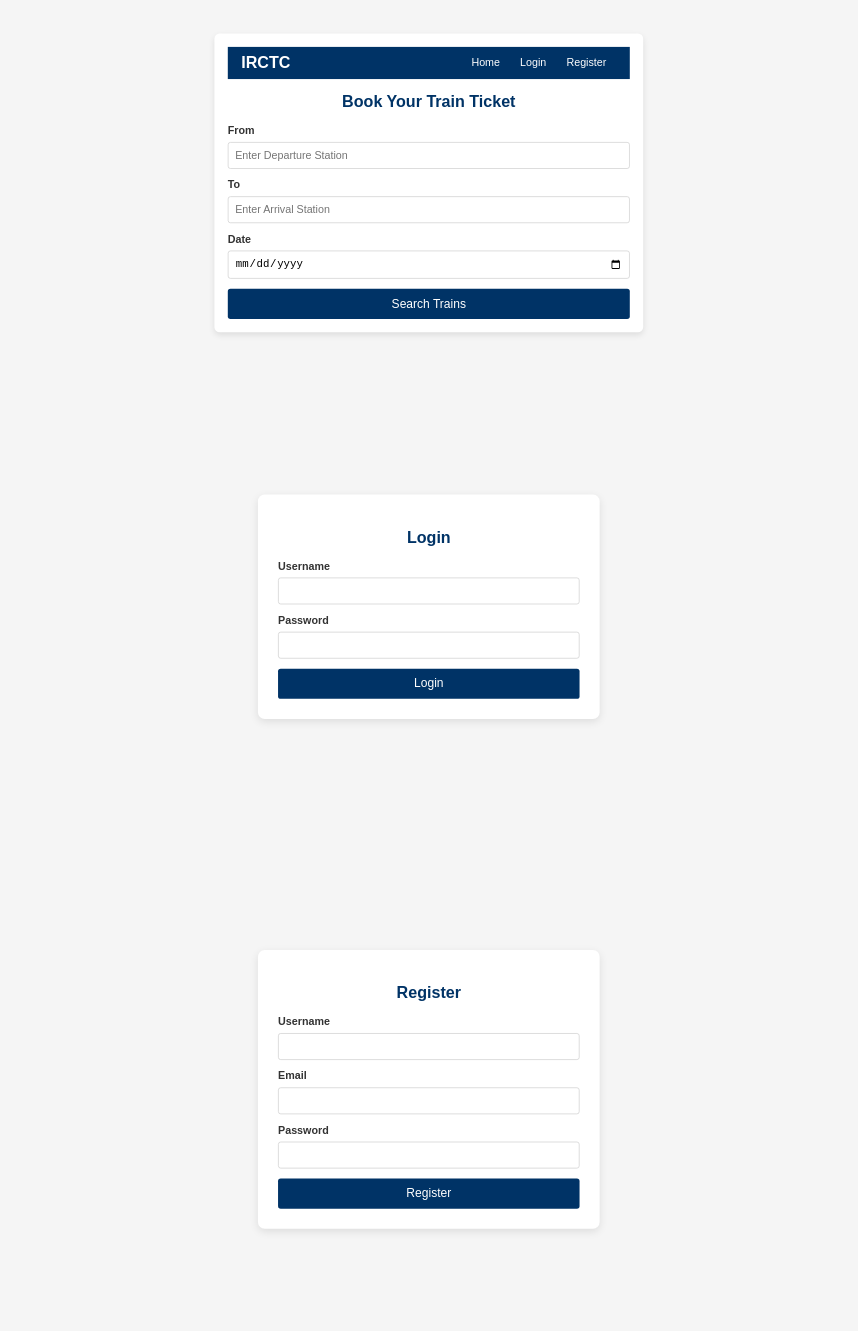
Repository: ssaddamhuss100/IRCTC-Clone
Page: /
The author's editor kept a copy of each file at every save. The page is drawn from the files as they stood at one save, then again after the next save.
The browser window is 1280 px wide. The pictures show the whole page, at 67% of full size.
The project was rebuilt for these pictures with package versions that can differ from the ones it lists, and the page was loaded fresh each time. Also part of the build but not shown: vite.config.js, src/components/Header/Header.css, src/components/Header/Header.jsx.

Above is the page before, as saved 2025-01-19 11:57:11.

### src/App.jsx
import React, { useEffect } from "react";
import Homepage from "./pages/Homepage/Homepage";
import Login from "./pages/Login/Login";
import Register from "./pages/Register/Register";
import Header from "./components/Header/Header";


const App = () => {
  return (
    <div>
      {/* <Header/> */}
      <Homepage/>
      <Login/>
      <Register/>
    </div>
  );
};

export default App;

### src/pages/Homepage/Homepage.jsx
import React from "react";
import "./HomePage.css";
import Navbar from "../../components/Navbar/Navbar";
const HomePage = () => {

  return (
    <div className="homepage">
      <Navbar/>
      <h2>Book Your Train Ticket</h2>
      <form>
        <div className="form-group">
          <label htmlFor="from">From</label>
          <input
            type="text"
            id="from"
            placeholder="Enter Departure Station"
            required
          />
        </div>
        <div className="form-group">
          <label htmlFor="to">To</label>
          <input
            type="text"
            id="to"
            placeholder="Enter Arrival Station"
            required
          />
        </div>
        <div className="form-group">
          <label htmlFor="date">Date</label>
          <input type="date" id="date" required />
        </div>
        <button type="submit">Search Trains</button>
      </form>
    </div>
  );
};


export default HomePage;

### src/pages/Login/Login.jsx
import React from "react";
import "./Login.css";

const Login = () => {
  return (
    <div className="login-container">
      <div className="login-box">
        <h2>Login</h2>

        <form>

          <div className="form-group">
            <label htmlFor="username">Username</label>
            <input type="text" id="username" required />
          </div>

          <div className="form-group">
            <label htmlFor="password">Password</label>
            <input type="password" id="password" required />
          </div>

          <button type="submit">Login</button>

        </form>

      </div>
    </div>
  );
};

export default Login;

### src/pages/Register/Register.jsx
import React from "react";
import "./Register.css";

const Register = () => {
  return (
    <div className="register-container">
      <div className="register-box">
        <h2>Register</h2>

        <form>

          <div className="form-group">
            <label htmlFor="username">Username</label>
            <input type="text" id="username" required />
          </div>

          <div className="form-group">
            <label htmlFor="email">Email</label>
            <input type="email" id="email" required />
          </div>

          <div className="form-group">
            <label htmlFor="password">Password</label>
            <input type="password" id="password" required />
          </div>

          <button type="submit">Register</button>

        </form>

      </div>
    </div>
  );
};

export default Register;

### src/pages/Homepage/Homepage.css
body {
  margin: 0;
  font-family: Arial, sans-serif;
  background-color: #f5f5f5;
}

.homepage {
  background-color: white;
  padding: 20px;
  margin: 50px auto;
  border-radius: 8px;
  max-width: 600px;
  box-shadow: 0 4px 10px rgba(0, 0, 0, 0.1);
}

h2 {
  color: #003366;
  text-align: center;
  margin-bottom: 20px;
  font-size: 24px;
  font-weight: 700;
}

form {
  display: flex;
  flex-direction: column;
  gap: 15px;
}

.form-group {
  display: flex;
  flex-direction: column;
}

.form-group label {
  font-size: 16px;
  font-weight: 600;
  color: #333;
  margin-bottom: 8px;
}

.form-group input {
  padding: 10px;
  border: 1px solid #ccc;
  border-radius: 4px;
  font-size: 16px;
  transition: border-color 0.3s;
}

.form-group input:focus {
  border-color: #003366;
}

button[type="submit"] {
  background-color: #003366;
  color: white;
  padding: 12px;
  border: none;
  border-radius: 4px;
  font-size: 18px;
  cursor: pointer;
  transition: background-color 0.3s;
}

button[type="submit"]:hover {
  background-color: #005b99;
}

@media (max-width: 768px) {
  .homepage {
    margin: 20px;
    padding: 15px;
  }
}

### src/components/navbar/Navbar.jsx
import React from "react";
import "./Navbar.css";
import Login from "../../pages/Login/Login";
import Register from "../../pages/Register/Register";

const Navbar = () => {
  return (
    <nav className="navbar">
      <h1>IRCTC</h1>
      <ul>
        <li>
          <a href="/">Home</a>
        </li>
        <li>
          <a href="/login">Login</a>
        </li>
        <li>
          <a href="/register">Register</a>
        </li>
      </ul>
    </nav>
  );
};

export default Navbar;

### src/pages/Login/Login.css
/* Outer container to center the form on the page */
.login-container {
  display: flex;
  justify-content: center; /* Center horizontally */
  align-items: center; /* Center vertically */
  min-height: 100vh; /* Full viewport height */
  background-color: #f5f5f5; /* Light gray background */
}

/* Form box layout similar to IRCTC */
.login-box {
  background-color: #ffffff; /* White background for form */
  padding: 30px;
  border-radius: 10px; /* Rounded corners */
  box-shadow: 0 4px 12px rgba(0, 0, 0, 0.1); /* Soft shadow */
  width: 100%; /* Full width of container */
  max-width: 450px; /* Max width to limit form size */
}

/* Form heading */
.login-box h2 {
  text-align: center;
  color: #003366; /* IRCTC blue color for heading */
  margin-bottom: 20px;
}

### src/pages/Register/Register.css
/* Outer container to center the form on the page */
.register-container {
    display: flex;
    justify-content: center; /* Center horizontally */
    align-items: center; /* Center vertically */
    min-height: 100vh; /* Full viewport height */
    background-color: #f5f5f5; /* Light gray background */
  }

  /* Form box layout similar to IRCTC */
  .register-box {
    background-color: #ffffff; /* White background for form */
    padding: 30px;
    border-radius: 10px; /* Rounded corners */
    box-shadow: 0 4px 12px rgba(0, 0, 0, 0.1); /* Soft shadow */
    width: 100%; /* Full width of container */
    max-width: 450px; /* Max width to limit form size */
  }

  /* Form heading */
  .register-box h2 {
    text-align: center;
    color: #003366; /* IRCTC blue color for heading */
    margin-bottom: 20px;
  }

### src/components/navbar/navbar.css
.navbar {
    display: flex;
    justify-content: space-between;
    align-items: center;
    background-color: #003366;
    padding: 10px 20px;
    color: white;
  }

  .navbar h1 {
    margin: 0;
  }

  .navbar ul {
    list-style-type: none;
    margin: 0;
    padding: 0;
    display: flex;
  }

  .navbar li {
    margin: 0 15px;
  }

  .navbar a {
    color: white;
    text-decoration: none;
    font-size: 16px;
  }

  .navbar a:hover {
    text-decoration: underline;
  }

Loaded but not shown: index.html (common file); src/main.jsx (common file)

After the next save:
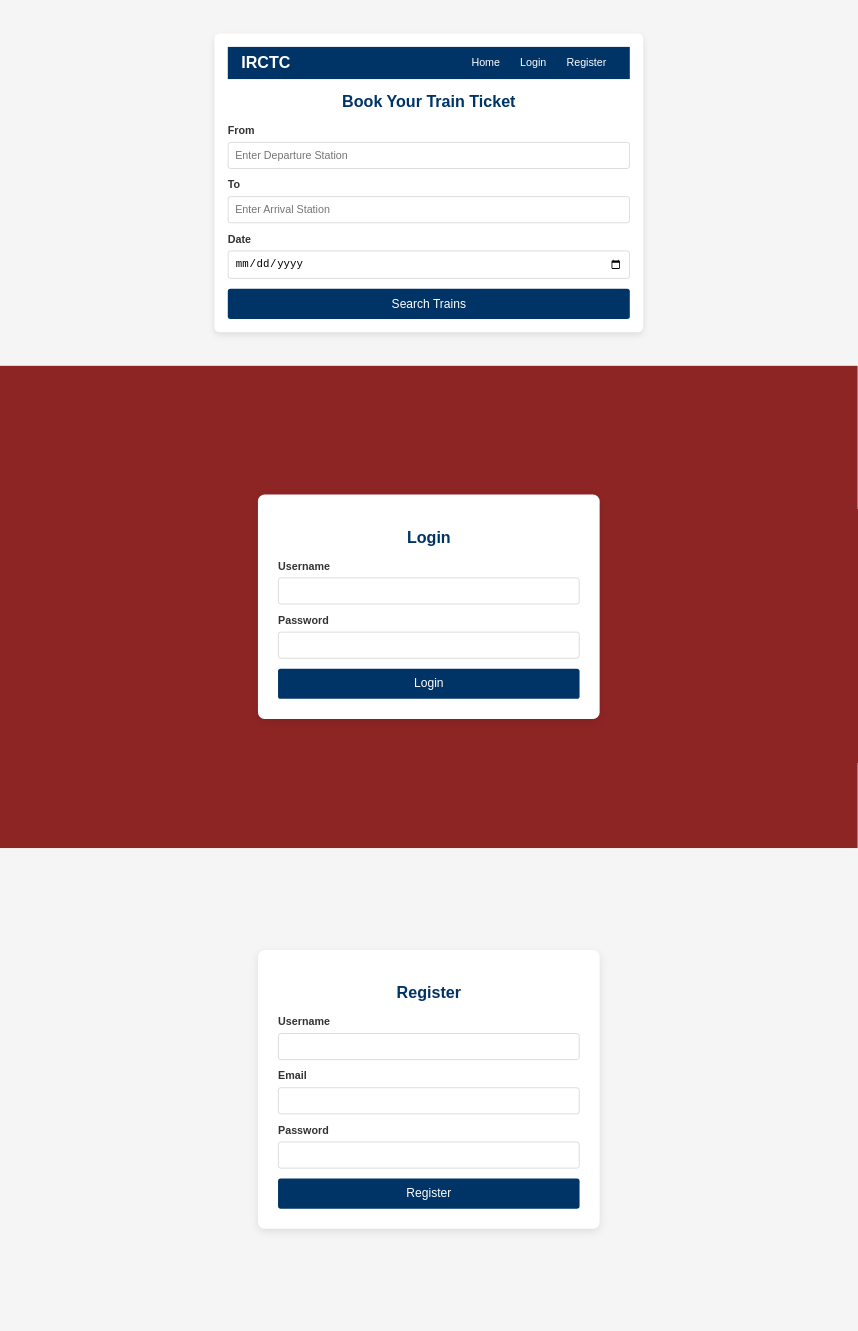
Saved 31 s later.
--- a/src/pages/Login/Login.css
+++ b/src/pages/Login/Login.css
@@ -4,7 +4,7 @@
   justify-content: center; /* Center horizontally */
   align-items: center; /* Center vertically */
   min-height: 100vh; /* Full viewport height */
-  background-color: #f5f5f5; /* Light gray background */
+  background-color: #8e2525; /* Light gray background */
 }
 
 /* Form box layout similar to IRCTC */

After the save that followed:
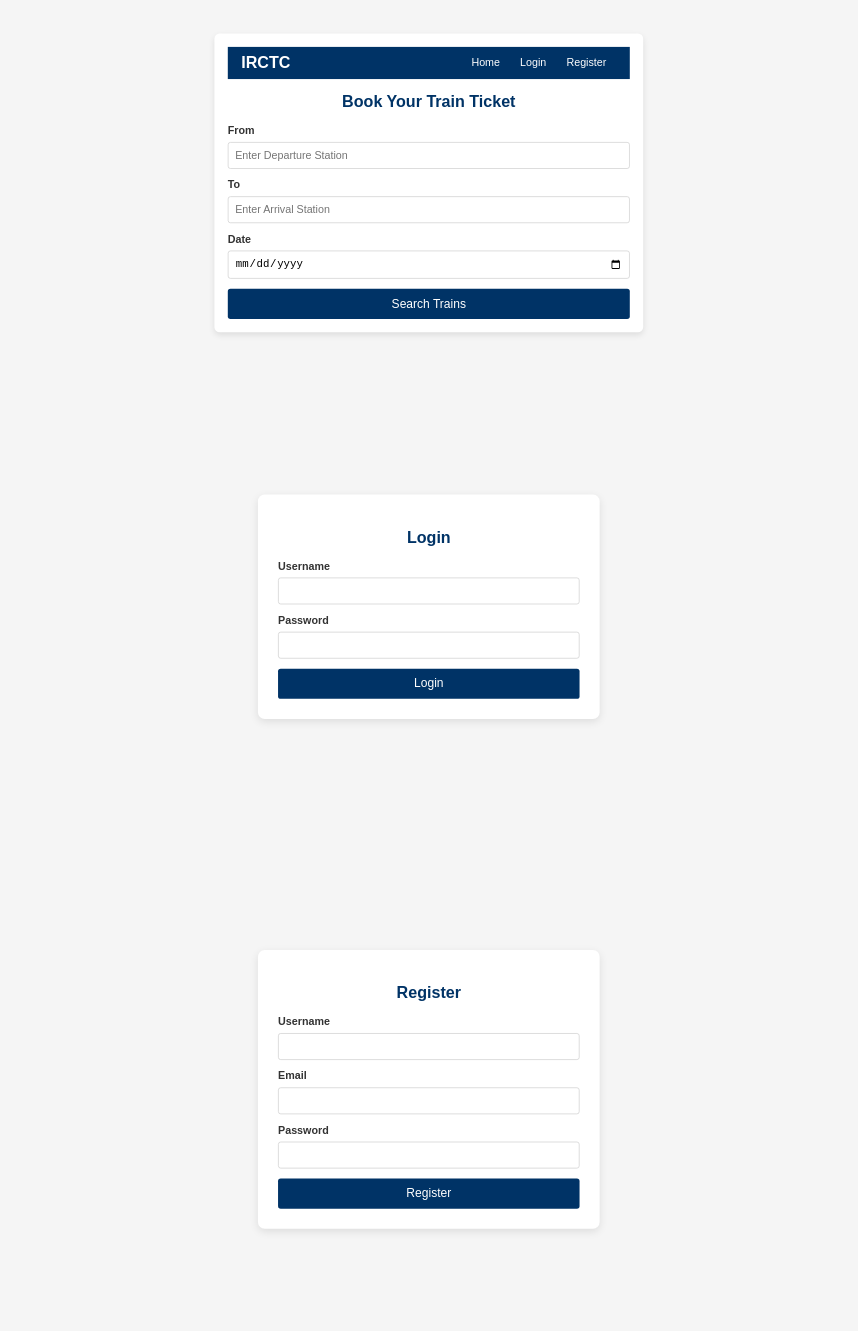
Saved 26 s later.
--- a/src/pages/Login/Login.css
+++ b/src/pages/Login/Login.css
@@ -4,7 +4,7 @@
   justify-content: center; /* Center horizontally */
   align-items: center; /* Center vertically */
   min-height: 100vh; /* Full viewport height */
-  background-color: #8e2525; /* Light gray background */
+  background-color: #f5f5f5; /* Light gray background */
 }
 
 /* Form box layout similar to IRCTC */
